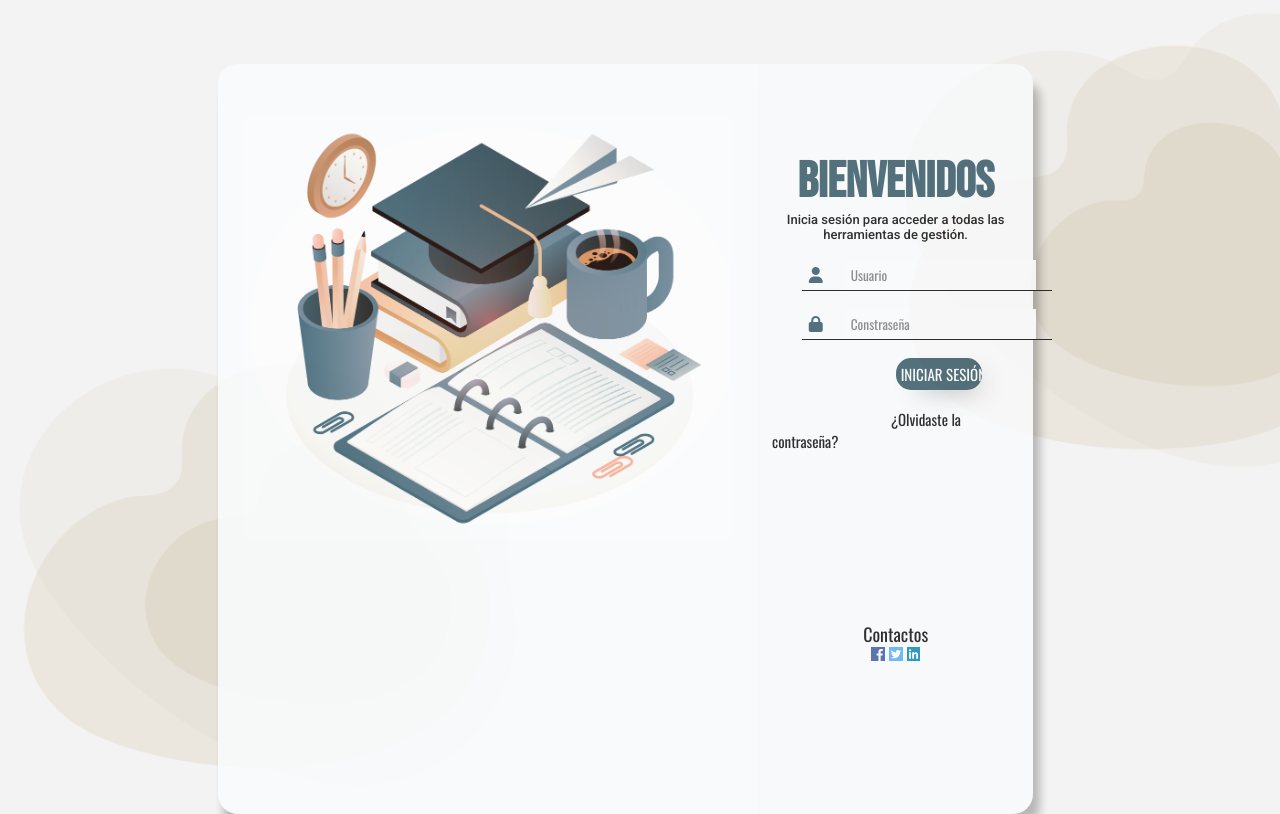
Repository: AlejandraBarrachina23/TPIntegrador_Barrachina_Java
Page: http://localhost/Alejandra_Barrachina_TP_Integrador1/login.jsp
An editor plug-in stored every save of this project. The page is shown before and after the next save, followed by the edit.
The browser window is 1280 px wide. The pictures show the whole page.
Some web fonts or font styles are not loaded; a fallback is used. Some web libraries are served in a nearby version. The page is served by Tomcat 9. Nobody is signed in. The application's start-up code is not run. Other server files are loaded and not shown.

Above is the page before, as saved 2019-12-05 19:05:22.

### Alejandra_Barrachina_TP_Integrador1/WebContent/login.jsp
<%@ page language="java" contentType="text/html; charset=ISO-8859-1"
    pageEncoding="ISO-8859-1"%>
 <%@page import="Dominio.Usuario"%>
<!DOCTYPE html>
<html>
<head>
<meta charset="ISO-8859-1">
<title>Sistema Universitario</title>
<link href="https://fonts.googleapis.com/css?family=Oswald:300,400&display=swap" rel="stylesheet">
<link href="https://fonts.googleapis.com/css?family=Staatliches&display=swap" rel="stylesheet">
<link href="https://fonts.googleapis.com/css?family=Fjalla+One&display=swap" rel="stylesheet">
<link href="https://fonts.googleapis.com/css?family=Bebas+Neue&display=swap" rel="stylesheet">
<link href="https://fonts.googleapis.com/css?family=Roboto:400,500&display=swap" rel="stylesheet">
<script src="https://kit.fontawesome.com/735f5623c2.js" crossorigin="anonymous"></script>
<link href="estilos.css" type="text/css" rel=stylesheet>
</head>
<body>
	<form id="form-login" method="post" action="serveletUsuario">
	<div id="form-login-left">
			<img src="img/fondo.png" alt="fondo-universidad">
		</div>
		<div id="form-login-right">
			<div id="login-informacion">
				<h1>Bienvenidos</h1>
				<p>Inicia sesión para acceder a todas las<br> herramientas de gestión.</p><br>
				<div class="text-box"><i class="fas fa-user"></i><input type="text" name="tboxUsuario" placeholder="Usuario" required></div><br>
				<div class="text-box"><i class="fas fa-lock"></i><input type="password" name="tboxContrasenia" placeholder="Constraseña" required></div><br>
				<input class="main-button" type="submit" name="btnLogin" value="INICIAR SESIÓN"><br><br>
				<a href="recuperacion.jsp">¿Olvidaste la contraseña?</a><br>
			</div>
			<label id="login-avisos"></label>
			<div id="login-contacto">
				<p>Contactos</p>
				<a href="https://es-la.facebook.com/UTNRegionalPacheco/" target=_blank><img src="img/facebook.svg" class="iconos-redes" alt="logo-facebook"></a>
				<a href="https://twitter.com/utnfrgpprensa?lang=es" target=_blank><img src="img/twitter.svg" class="iconos-redes" alt="logo-facebook"></a>
				<a href="https://ar.linkedin.com/company/utn-frgp" target=_blank><img src="img/linkedin.svg" class="iconos-redes" alt="logo-facebook"></a>
			</div>
		</div>
	</form>
<script>

let EstadoUsuario ='<%=session.getAttribute("EstadoLogin")%>';
let Aviso = document.getElementById("login-avisos");

	if (EstadoUsuario === 'No existe') Aviso.textContent= "EL USUARIO INGRESADO ES INCORRECTO";
	else if(EstadoUsuario ==="Contrasenia Incorrecta")Aviso.textContent= "LA CONTRASEÑA INGRESADA ES INCORRECTA";


</script>
</body>
</html>

### Alejandra_Barrachina_TP_Integrador1/WebContent/estilos.css
@charset "ISO-8859-1";


* {
	padding:0px;
	margin:0px;
	border:0px;
}

body {
		background-color:#f3f3f3;
		background-image: url(iconos/fondo.png);
		background-repeat: no-repeat;
 		background-size: cover;

}


/*=============================================================
      FORMULARIO LOGIN
 ============================================================== */

 #error-404 {

 	background-color:#fff;
 	width:65;
 	height:750px;;
 	margin	: 5% 17%;
 	box-shadow: 0px 18px 10px -6px rgba(0,0,0,0.31);
 	text-align:center;
 	font-family: 'Francois One', sans-serif;
 	border-radius: 15px;

 }

 #error-404 a{

	color:black;

 }

  #error-404 img {

  width:70%;

  }

  #error-404 h2 {

  font-size:50px;
  }


  #login-avisos {

  	color:red;
  	margin-left:25%;
  	font-size: 10px;
  }

 #form-login {

	width:65%;
 	margin	: 5% 17%;

}

#form-login-right, #form-login-left {


	height:750px;
	float:left;
	background-color:#F9FBFC;

}

#form-login-left {

	width:65%;
	border-top-left-radius: 20px;
	border-bottom-left-radius: 20px;
	box-shadow: 0px 18px 10px -6px rgba(0,0,0,0.31);
	opacity:0.9;
}

#form-login-left img {

	width:90%;
	padding	: 10% 5%;

}

#form-login-right {

	width:33%;
	border-top-right-radius: 20px;
	border-bottom-right-radius: 20px;
	box-shadow: 13px 14px 10px -6px rgba(0,0,0,0.31);
	opacity:0.8;

}


h1 {

		font-size:50px;
		font-family: 'Bebas Neue', cursive;
		color:#2C5060;
		margin-top:30%;
		text-align:center;
}

p, #form-login-right a {

	font-family: 'Roboto', sans-serif;
	font-weight: 500;
	font-size: 13px;
	color:black;
	text-align:center;
}

.text-box {

	border-bottom: 1px solid black;
	width:250px;
	text-align: center;
	margin-left:12%;
}

.text-box i {

	float:left;
	color: #2C5060;
	padding:7px;
}

#form-login-right [type="text"], #form-login-right [type="password"]{

	padding:5px;
	width:180px;
	border:none;
	outline:none;
	background-color:#FAFCFD;
	font-family: 'Oswald', sans-serif;

}

.main-button {

	background-color: #2C5060;
	color:white;
	width:35%;
	font-size:15px;
	border-style:none;
	padding:5px;
	border-radius: 15px;
	border: 0px solid #000000;
	box-shadow: 10px 10px 25px -13px rgba(0,0,0,0.75);
	font-family: 'Oswald', sans-serif;
	margin-left: 50%;

}

.main-button:hover {

	background-color: #1a6373;
}

.iconos-redes {

	width:5%;

}


#login-informacion {

	width:90%;
	padding:5%;

}


#login-informacion a{

	font-family: 'Oswald', sans-serif;
	font-size:15px;
	margin-left:48%;
}

#login-contacto{

	margin-top:50%;
	text-align:center;
}


#login-contacto p {

	font-size:18px;
	font-family: 'Oswald', sans-serif;

}

#login-recuperacion{

	padding-top:20%;
	text-align:center;

}

.restart-button{

	background-color: #2C5060;
	color:white;
	width:35%;
	font-size:15px;
	border-style:none;
	padding:5px;
	border-radius: 15px;
	border: 0px solid #000000;
	box-shadow: 10px 10px 25px -13px rgba(0,0,0,0.75);
	font-family: 'Oswald', sans-serif;

}

#form-advertencia {

	width:100%;
	text-align:center;
	margin-top:50%;
	color:#E16C78;
	font-family: 'Oswald', sans-serif;

}

.icono-advertencia{

	margin-top:15%;
	padding:2%;
	width:30%;
	margin: 0 auto;

}

#form-advertencia p {

	color:#E16C78;
	font-size: 15px;
}

.blue{

	color:#30A9E3;
}


 /*=======================
      FORMULARIO INDEX
 ========================= */

 .section-principal{

	float:left;
	height:1100px;
	width:90%;
	background-color:#f3f3f3;
	color:black;
	text-align:center;
	margin-left:10%;
}

.section-principal select {

	font-family: 'Oswald', sans-serif;
	border:1px solid black;
	margin:5px;
	padding:2px;
	color:black;
}

.section-principal input{

	width:15%;
	padding:5px;
	border:1px solid black;
	font-family: 'Oswald', sans-serif;
}

.section-principal label{

	font-size:18px;
	font-family: 'Oswald', sans-serif;

}

.section-principal a{

	color:black;

}


nav {

	background-color:#2C5060;
	font-family: 'Francois One', sans-serif;
	width:10%;
	height:950px;
	font-size:15px;
	float:left;
	position:fixed;

}

 ul {

	list-sytle: none;
	width:100%;
}

a {

	text-decoration:none;
	color:white;

}

li:hover {

	border-left: solid 4px #2896BC;
	background-color: #2F5866;
	transition: background-color 0.3s;
	transition: border 0.3s;

}

ul li {

	border-left: solid 4px #2C5060;
	font-family: 'Oswald', sans-serif;
	padding:15px;
	border-bottom: 1px solid #2D5C6D;


}

.icon{

	width:13%;
	padding-right:5px;

}


#icon-usuario{

	width:40%;
}

li .icon{

	float:left;

}


#user {

	width:100%;
	margin-top:40%;
	text-align:center;
	padding: 10% 0%;
	border-bottom: 1px solid #2D5C6D;

}

#user h2{

	color:#fff;

}

#user p, #header-user p {

	font-size:15px;
	color:#fff;
	padding:8px;
	font-family: 'Oswald', sans-serif;
}

 /*=======================
      FORMULARIO ALUMNOS
 ========================= */


#logo{

	width:30%;
	height:150px;
	border-bottom: 1px solid white;
	color:white;
	text-align:center;
	margin-top:30px;
}

#alumnos-principal {

	background-color:#fff;
	width:83%;
	margin-left: 200px;
	height:300px;
	box-shadow: 10px 10px 25px -13px rgba(0,0,0,0.75);

}

#form-agregar-usuario {

	background-color: white;
	width:95%;
	height:200px;
	margin:20px;
	padding:10px;
	box-shadow: 10px 10px 25px -13px rgba(0,0,0,0.75);
	display: none;


}

#form-listado-alumnos,#form-cursos,#form-listado-calificaciones {

	background-color: white;
	width:97%;
	height:970px;
	margin:20px;
	padding:10px;
	box-shadow: 10px 10px 25px -13px rgba(0,0,0,0.75);

}

#form-cursos{

	background-color:#f3f3f3;
	box-shadow: none;
}

#btn-flecha {

	background-image: url("iconos/flecha.png");
	background-repeat: no-repeat;
	width:25px;
	height:25px;
	background-color:#2C5060;
	border: 0;
	float:right;

}

.dato {

	float:left;
	margin: 10px;
	width:23%;


}

.dato input {

		width: 200px;
		background: #f3f3f3;
		font: inherit;
		box-shadow: 0 6px 10px 0 rgba(0, 0, 0 , .1);
		border: 0;
		outline: 0;
		padding: 8px;

}

.encabezados {

	background-color:#2C5060;
	color:white;
	padding:10px;
	margin:10px;
	font-family: 'Oswald', sans-serif;

}



h3 {

	display:inline;

}

label {

	color:#2C5060;
	font-family: 'Open Sans', sans-serif;
	font-weight: 600;
	font-size: 10px;
}

.flecha {

	float:right;
}

.content-table{

	border-collapse:collapse;
	margin:20px 10px;
	font-size:0.9em;
	width:99%;
	min-width:600px;
	box-shadow: 7px 9px 23px -13px rgba(0,0,0,0.93);
	font-family: 'Roboto', sans-serif;

}

.content-table-cursos{

	border-collapse:collapse;
	margin:20px 10px;
	font-size:0.9em;
	width:50%;
	min-width:600px;
	box-shadow: 7px 9px 23px -13px rgba(0,0,0,0.93);
	font-family: 'Roboto', sans-serif;
}

.content-table th, .content-table-cursos {

	background-color:#2C5060;
	color:white;
	font-weight: 600;
	padding:12px;



}

.content-table tr,
.content-table td {

	padding:5px 5px;

}

.content-table td {

	border-bottom: 1px solid #dddddd;

}

.content-table tr:nth-of-type(even) {

	background-color:#f3f3f3;

}

.content-table tr:last-of-type {

	border-bottom: 3px solid #2C5060;

}

.content-table-cursos .content-fileter{

	width:50%;

}

.content-filter {

	background-color:#f3f3f3;
	width:100%;
	text-align:center;
	padding:10px;


}

.pie-pagina{

	float:left;
	margin-top:20px;
	text-align:right;
	width:100%;
}

 /*=======================
      FORMULARIO ALUMNOS
 ========================= */

#section-index{

	float:left;
	height:900px;
	width:100%;
	margin:1px 1px;
	text-align:center;

}

#index-encabezado{

	background-color:#2C5060;
	text-align:center;
	height:295px;
	width:100%;

}

#section-index img {

	width:50%;

}

#index-descripcion {

	box-shadow: 10px 10px 25px -13px rgba(0,0,0,0.75);
	font-family: 'Roboto', sans-serif;
	background-color:#fff;
}


#index-descripcion-encabezado{

	text-align:center;
	background-color:#fff;

}

#index-descripcion-encabezado img{

	width:50%;

}

#index-descripcion-encabezado h2{

	font-size:50px;
	font-family: 'Francois One', sans-serif;
	color:#2C5060;

}

#index-descripcion-encabezado p{

	font-size:15px;
	font-family: 'Francois One', sans-serif;
	color:#2C5060;

}

#index-descripcion-contenido{

	text-align:center;
	height:430px;
	padding-left:220px;
}

#index-descripcion-contenido-profesores{


	height:430px;
	width:100%;


}

#index-descripcion-contenido-profesores .index-item-descripcion{

	width:18%;
	height:300px;
	float:left;
	margin-left:40%;

}

.index-item-descripcion {

	width:18%;
	height:300px;
	float:left;
	margin:30px;

}

.index-item-descripcion img {

	width:40%;
	padding:0% 20%;
	margin:0% 5%;
}

.index-item-descripcion h3 {

	font-size:25px;
	font-family: 'Oswald', sans-serif;

}

.index-item-descripcion p {

	font-size:15px;

}

.btn-index {

	padding:10px;
	margin:10px 38px;
	background-color: #2C5060;
	font-family: 'Oswald', sans-serif;
	font-size:20px;
	color:#fff;
	width:60%;
	box-shadow: 10px 10px 25px -13px rgba(0,0,0,0.75);
	float:left;
	text-align:center;

}

.modal-fondo {

	background: rgba(0,0,0,0.3);
	position:fixed;
	top:0;
	bottom:0;
	left:0;
	right:0;
	display:flex;
	align-items:center;
	justify-content:center;
	visibility:hidden;

}

.modal-fondo.active{

	visibility:visible;
}

.modal-contenido {

	background-color:#fff;
	box-shadow: 10px 10px 25px -13px rgba(0,0,0,0.75);
	width:20%;
	border: 3px solid #2C5060;
	padding-bottom: 15px;
}

.modal-contenido .btn-modal {

	width:30%;
	color:white;
	background-color: #2C5060;
	font-size:20px;
	padding:5px;
	margin:5px;

}

.modal-contenido [type="text"] {

	width:70%;
	font-size: 13px;
	margin-bottom:15px;

}

.modal-contenido h3 {

	font-size: 20px;
	font-family: 'Oswald', sans-serif;
	background-color:#2C5060;
	display:block;
	color:#fff;
	padding:8px;

}

.modal-contenido label {

	font-size: 15px;
	font-family: 'Roboto', sans-serif;
}

.modal-contenido select, .modal-contenido [type="date"], .modal-contenido [type="email"], .modal-contenido [type="number"] {

	font-family: 'Oswald', sans-serif;
	border:1px solid black;
	margin:5px;
	padding:2px;
	width:74%;
	padding:1%;
	color:black;

}

.modal-contenido [type="date"], .modal-contenido [type="email"], .modal-contenido [type="number"]{

	width:71%;

}

.opciones {

	color:black;
	background-color:#fff;

}

.btnFormulario {

	width:12%;
	padding:10px;
	font-size: 15px;
	font-family: 'Oswald', sans-serif;
	border-radius: 8px;
	background-color:#2C5060;
	color:white;
	float:right;
	border:0;
	margin:8px;
}

td .btn-modificar {

	width:22%;
	height:32px;
	background-image:url(iconos/modificar.png);
	background-repeat: no-repeat;
	border:none;
	background-color:inherit;
}

td .btn-eliminar {

	width:22%;
	height:32px;
	background-image:url(iconos/borrar.png);
	background-repeat: no-repeat;
	border:none;
	background-color:inherit;

}

td .btn-mostrar {

	width:12%;
	height:32px;
	background-color:blue;
	background-image:url(iconos/mostrar.png);
	background-repeat: no-repeat;
	border:none;
	background-color:inherit;
}

td .btn-calificaciones {

	width:12%;
	height:32px;
	background-image:url(iconos/notas.png);
	background-repeat: no-repeat;
	border:none;
	background-color:inherit;
}

/*=============================================================
      FORMULARIO CURSOS
 ============================================================== */

#form-curso-izquierda{

	background-color: #fff;
	width:38%;
	float:left;
	color:black;
	padding:0px 5%;
	box-shadow: 10px 10px 25px -13px rgba(0,0,0,0.75);
}

#form-curso-derecha{

	width:38%;
	float:left;
	box-shadow: 10px 10px 25px -13px rgba(0,0,0,0.75);
	padding:5px 5%;
	margin-left:2%;
	background-color:#fff;

}

#form-curso-izquierda [type="text"], #form-curso-izquierda select{

	padding:5px;
	width:180px;
	background-color:#FAFCFD;
	font-family: 'Roboto', sans-serif;
	font-size: 12px;
	color:black;

}

#form-curso-izquierda label {

	font-size:18px;
	display: block;
	witdh:20px;
}

.form-cursos-encabezado-izquierda{

	background-color: #2C5060;
	width:100%;
	margin: 20px 0px;
	padding:1px;


}

.form-cursos-encabezado-izquierda h2{

	color:white;
	padding:2px;
	font-family: 'Oswald', sans-serif;
}

#form-curso-derecha #listado-alumnos {

	text-align:center;
	width:100%;

}

#form-curso-derecha #listado-alumnos li {

	font-size:15px;
	padding:0;
	width:20%;
	border:none;
	background-color:none;
	margin-left:40%;
	list-style: none;



}

#form-curso-derecha #listado-alumnos li:hover {

	background-color:white;
}

/*=============================================================
      FORMULARIO CALIFICACIONES
 ============================================================== */

.busqueda-califaciones{

	width:98%;
	margin:1%;
	box-shadow: 0px 18px 10px -6px rgba(0,0,0,0.31);
	background-color:#fff;
	padding-bottom:2%;

}

.busqueda-califaciones h2{

	width:99%;
	background-color:blue;
	color:#fff;
	background-color:#2C5060;
	font-family: 'Oswald', sans-serif;
	padding:0.5%;
	margin-bottom:1%;

}

#form-listado-calificaciones h2{

	color:#fff;
	background-color:#2C5060;
	font-family: 'Oswald', sans-serif;
	width:99%;
	padding:0.5%;

}


/*=============================================================
      FORMULARIO REPORTES
 ============================================================== */


#form-reportes{

	background-color: #f3f3f3;
	width:97%;
	height:970px;
	margin:20px;
	padding:10px;

}

#form-reportes-fila-uno{

	width:85%;
	height:250px;
	padding-left: 15%;

}

.fila-uno-items{

	width:15%;
	height:190px;
	float:left;
	margin:1%;
	box-shadow: 0px 18px 10px -6px rgba(0,0,0,0.31);
	background-color:#fff;
	padding:1%;
	border-radius:10px;

}

.fila-uno-items img {

	width:40%;
	padding:3%;


}

.fila-uno-items h2 {

	font-family: 'Oswald', sans-serif;
	font-size:20px;

}

.fila-uno-items p {

	font-size:25px;
	font-family: 'Francois One', sans-serif;
	color:#2C5060;

}

.fila-uno-items-pie{

	padding:2%;
	margin-left:25%;
}

.fila-uno-items-pie img {

	width:12%;
	float:left;
}


.fila-uno-items-pie p {

	font-size:20px;
	float:left;

}

#form-reportes-fila-dos{

	width:100%;
	margin-top:3%;
	height:500px;


}

.form-reportes-graficos{

	width:25%;
	background-color:#fff;
	float:left;
	box-shadow: 0px 18px 10px -6px rgba(0,0,0,0.31);
	margin:3% 1%;
	padding:3%;
	border-radius:5px;
}

.form-reportes-graficos h3 {

	font-family: 'Oswald', sans-serif;
	margin:5%;
}

#form-reportes-fila-dos h2, #form-reportes-fila-tres h2{

	font-family: 'Oswald', sans-serif;
	background-color:#2C5060;
	color:white;
	width:99.5%;
	padding:0.5%;

}

.fila-uno-items-pie{

	border-top: 1px solid #f3f3f3;

}

#form-reportes-fila-tres {

	width:100%;
	heigth:300px;

}

.reporte-fila-tres-promedio{

	width:39%;
	float:left;
	text-align:center;
	margin:0.5%;
	background-color:#fff;
	box-shadow: 0px 18px 10px -6px rgba(0,0,0,0.31);
	padding:0.5% 5%;

}

.reporte-fila-tres-promedio h3{

	font-family: 'Oswald', sans-serif;
}

#form-reportes-fila-tres .content-table {

	width:100%;
	float:left;
	padding:20px;
	margin:3% 6%;

}

.resultado-busqueda{

	width:98%;
	heigth:500px;
	background-color:#fff;
	overflow:hidden;
	margin-left:1%;
}

.resultado-busqueda-asistencias{

	width:98%;
	heigth:500px;
	overflow:hidden;
	margin-left:1%;

}

.tabla-resultado-busqueda{

	width:60%;
	float:left;
	margin: 1% 20%;

}

.resultado-busqueda-asistencias .tabla-resultado-busqueda{

	width:30%;
	float:left;
	margin: 1% 20%;
}


.titulos {

	background-color:#2C5060;
	color:#fff;
	padding:0.5%;
	font-family: 'Oswald', sans-serif;

}

.form-reportes-graficos-asistencias{

	width:30%;
}


.form-reportes-graficos-asistencias h3{

	font-family: 'Oswald', sans-serif;
}

.resultado-busqueda-asistencias .graficos-resultado-busqueda .form-reportes-graficos-asistencias{

	margin-left:35%;
	margin-top:1%;
}

.resultado-busqueda-asistencias .tabla-resultado-busqueda{

	margin-left:32%;
	margin-top:1%;
}

### Alejandra_Barrachina_TP_Integrador1/WebContent/img/facebook.svg
<?xml version="1.0" encoding="iso-8859-1"?>
<!-- Generator: Adobe Illustrator 18.0.0, SVG Export Plug-In . SVG Version: 6.00 Build 0)  -->
<!DOCTYPE svg PUBLIC "-//W3C//DTD SVG 1.1//EN" "http://www.w3.org/Graphics/SVG/1.1/DTD/svg11.dtd">
<svg version="1.1" id="Capa_1" xmlns="http://www.w3.org/2000/svg" xmlns:xlink="http://www.w3.org/1999/xlink" x="0px" y="0px"
	 viewBox="0 0 455.73 455.73" style="enable-background:new 0 0 455.73 455.73;" xml:space="preserve">
<path style="fill:#3A559F;" d="M0,0v455.73h242.704V279.691h-59.33v-71.864h59.33v-60.353c0-43.893,35.582-79.475,79.475-79.475
	h62.025v64.622h-44.382c-13.947,0-25.254,11.307-25.254,25.254v49.953h68.521l-9.47,71.864h-59.051V455.73H455.73V0H0z"/>
<g>
</g>
<g>
</g>
<g>
</g>
<g>
</g>
<g>
</g>
<g>
</g>
<g>
</g>
<g>
</g>
<g>
</g>
<g>
</g>
<g>
</g>
<g>
</g>
<g>
</g>
<g>
</g>
<g>
</g>
</svg>

### Alejandra_Barrachina_TP_Integrador1/WebContent/img/twitter.svg
<?xml version="1.0" encoding="iso-8859-1"?>
<!-- Generator: Adobe Illustrator 18.0.0, SVG Export Plug-In . SVG Version: 6.00 Build 0)  -->
<!DOCTYPE svg PUBLIC "-//W3C//DTD SVG 1.1//EN" "http://www.w3.org/Graphics/SVG/1.1/DTD/svg11.dtd">
<svg version="1.1" id="Capa_1" xmlns="http://www.w3.org/2000/svg" xmlns:xlink="http://www.w3.org/1999/xlink" x="0px" y="0px"
	 viewBox="0 0 455.731 455.731" style="enable-background:new 0 0 455.731 455.731;" xml:space="preserve">
<g>
	<rect x="0" y="0" style="fill:#50ABF1;" width="455.731" height="455.731"/>
	<path style="fill:#FFFFFF;" d="M60.377,337.822c30.33,19.236,66.308,30.368,104.875,30.368c108.349,0,196.18-87.841,196.18-196.18
		c0-2.705-0.057-5.39-0.161-8.067c3.919-3.084,28.157-22.511,34.098-35c0,0-19.683,8.18-38.947,10.107
		c-0.038,0-0.085,0.009-0.123,0.009c0,0,0.038-0.019,0.104-0.066c1.775-1.186,26.591-18.079,29.951-38.207
		c0,0-13.922,7.431-33.415,13.932c-3.227,1.072-6.605,2.126-10.088,3.103c-12.565-13.41-30.425-21.78-50.25-21.78
		c-38.027,0-68.841,30.805-68.841,68.803c0,5.362,0.617,10.581,1.784,15.592c-5.314-0.218-86.237-4.755-141.289-71.423
		c0,0-32.902,44.917,19.607,91.105c0,0-15.962-0.636-29.733-8.864c0,0-5.058,54.416,54.407,68.329c0,0-11.701,4.432-30.368,1.272
		c0,0,10.439,43.968,63.271,48.077c0,0-41.777,37.74-101.081,28.885L60.377,337.822z"/>
</g>
<g>
</g>
<g>
</g>
<g>
</g>
<g>
</g>
<g>
</g>
<g>
</g>
<g>
</g>
<g>
</g>
<g>
</g>
<g>
</g>
<g>
</g>
<g>
</g>
<g>
</g>
<g>
</g>
<g>
</g>
</svg>

### Alejandra_Barrachina_TP_Integrador1/WebContent/img/linkedin.svg
<?xml version="1.0" encoding="iso-8859-1"?>
<!-- Generator: Adobe Illustrator 18.0.0, SVG Export Plug-In . SVG Version: 6.00 Build 0)  -->
<!DOCTYPE svg PUBLIC "-//W3C//DTD SVG 1.1//EN" "http://www.w3.org/Graphics/SVG/1.1/DTD/svg11.dtd">
<svg version="1.1" id="Capa_1" xmlns="http://www.w3.org/2000/svg" xmlns:xlink="http://www.w3.org/1999/xlink" x="0px" y="0px"
	 viewBox="0 0 455.731 455.731" style="enable-background:new 0 0 455.731 455.731;" xml:space="preserve">
<g>
	<rect x="0" y="0" style="fill:#0084B1;" width="455.731" height="455.731"/>
	<g>
		<path style="fill:#FFFFFF;" d="M107.255,69.215c20.873,0.017,38.088,17.257,38.043,38.234c-0.05,21.965-18.278,38.52-38.3,38.043
			c-20.308,0.411-38.155-16.551-38.151-38.188C68.847,86.319,86.129,69.199,107.255,69.215z"/>
		<path style="fill:#FFFFFF;" d="M129.431,386.471H84.71c-5.804,0-10.509-4.705-10.509-10.509V185.18
			c0-5.804,4.705-10.509,10.509-10.509h44.721c5.804,0,10.509,4.705,10.509,10.509v190.783
			C139.939,381.766,135.235,386.471,129.431,386.471z"/>
		<path style="fill:#FFFFFF;" d="M386.884,241.682c0-39.996-32.423-72.42-72.42-72.42h-11.47c-21.882,0-41.214,10.918-52.842,27.606
			c-1.268,1.819-2.442,3.708-3.52,5.658c-0.373-0.056-0.594-0.085-0.599-0.075v-23.418c0-2.409-1.953-4.363-4.363-4.363h-55.795
			c-2.409,0-4.363,1.953-4.363,4.363V382.11c0,2.409,1.952,4.362,4.361,4.363l57.011,0.014c2.41,0.001,4.364-1.953,4.364-4.363
			V264.801c0-20.28,16.175-37.119,36.454-37.348c10.352-0.117,19.737,4.031,26.501,10.799c6.675,6.671,10.802,15.895,10.802,26.079
			v117.808c0,2.409,1.953,4.362,4.361,4.363l57.152,0.014c2.41,0.001,4.364-1.953,4.364-4.363V241.682z"/>
	</g>
</g>
<g>
</g>
<g>
</g>
<g>
</g>
<g>
</g>
<g>
</g>
<g>
</g>
<g>
</g>
<g>
</g>
<g>
</g>
<g>
</g>
<g>
</g>
<g>
</g>
<g>
</g>
<g>
</g>
<g>
</g>
</svg>

After the next save:
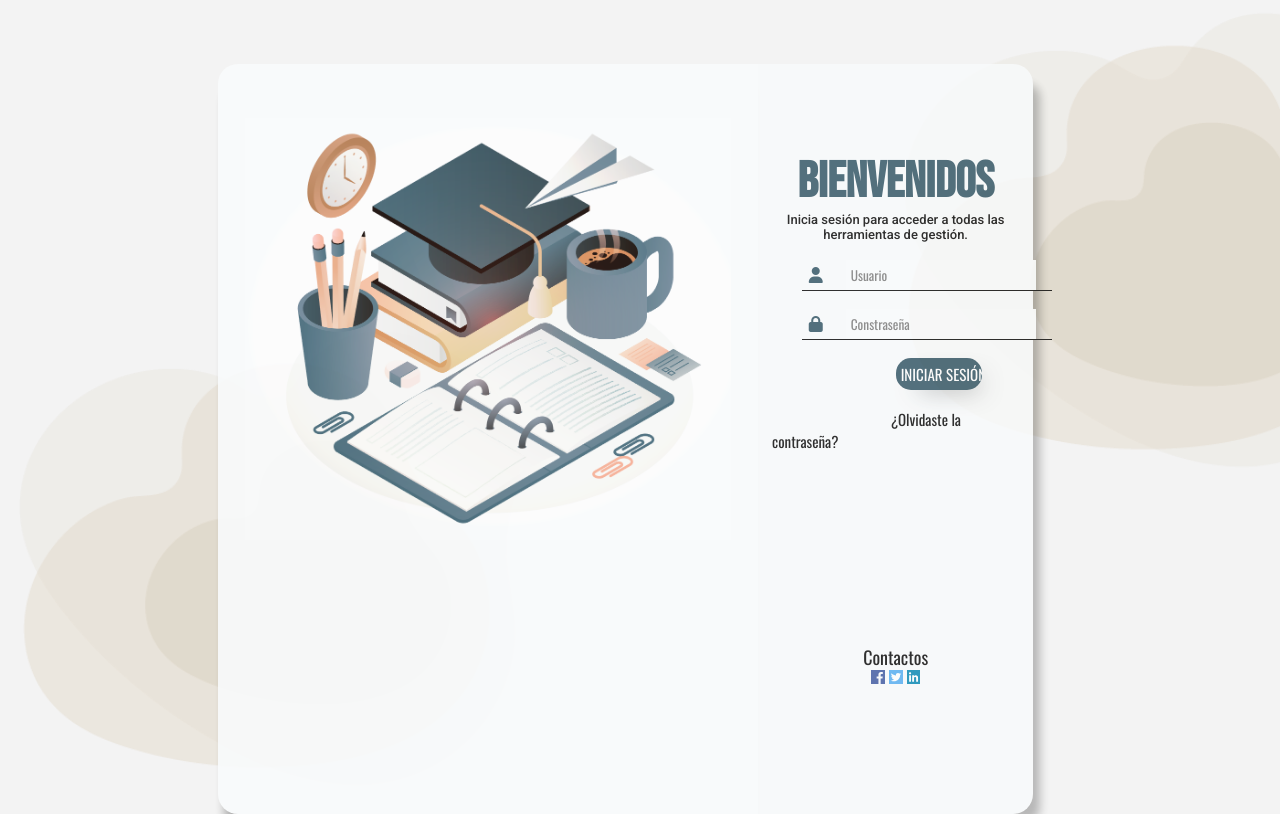
Saved 16 s later.
--- a/Alejandra_Barrachina_TP_Integrador1/WebContent/estilos.css
+++ b/Alejandra_Barrachina_TP_Integrador1/WebContent/estilos.css
@@ -55,7 +55,7 @@ body {
 
   	color:red;
   	margin-left:25%;
-  	font-size: 10px;
+  	font-size:30px;
   }
 
  #form-login {
